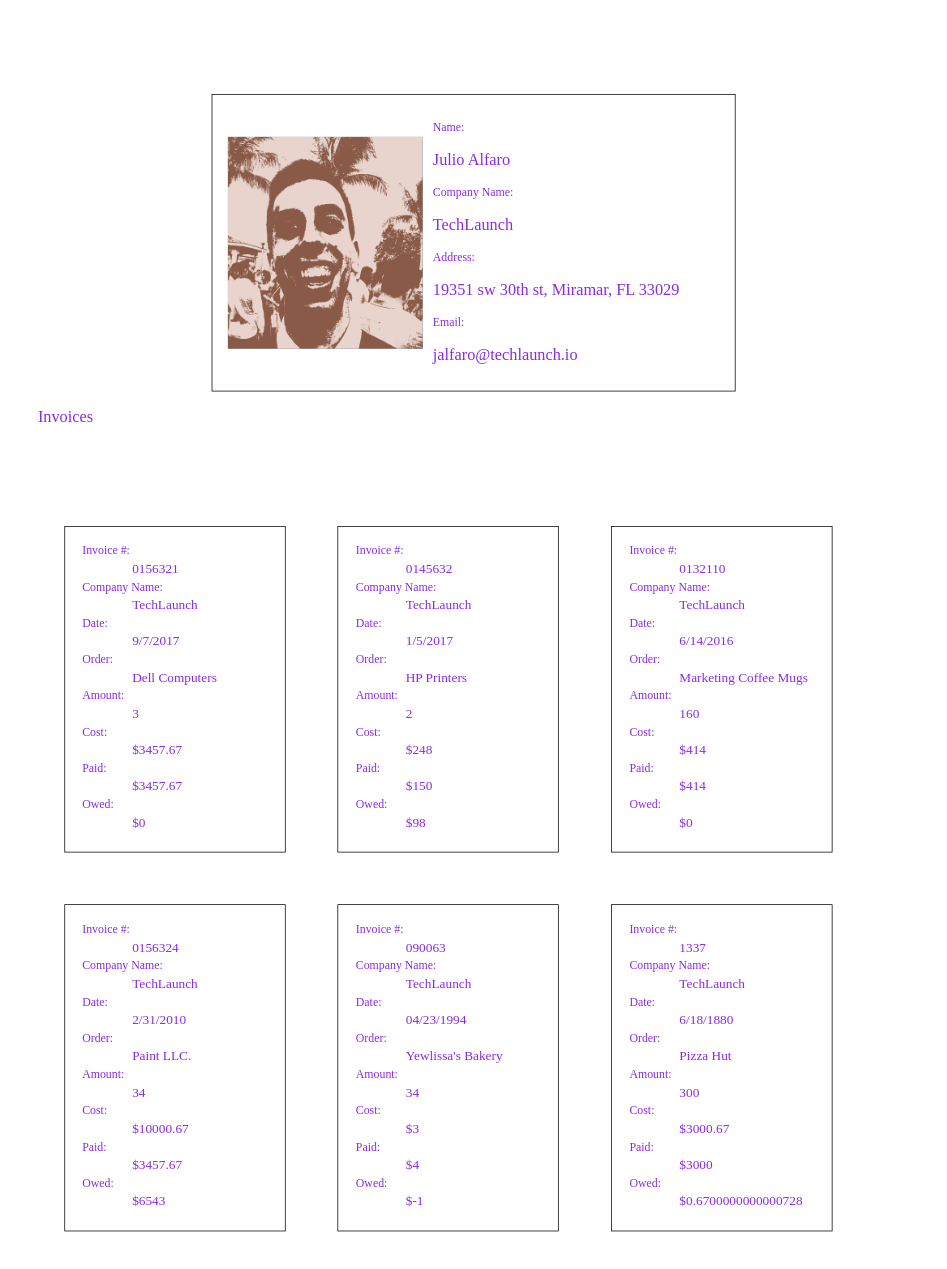
Repository: Juliolikescoding/WEB1100_invoice_app
Page: index.html
These files come from the project's save history. The page is drawn as it stood at one moment and after the next save; the edit follows.
The browser window is 1280 px wide. The pictures show the whole page, at 74% of full size.
Some web fonts or font styles are not loaded; a fallback is used.

Above is the page before, as saved 2018-05-17 19:38:13.

After the next save:
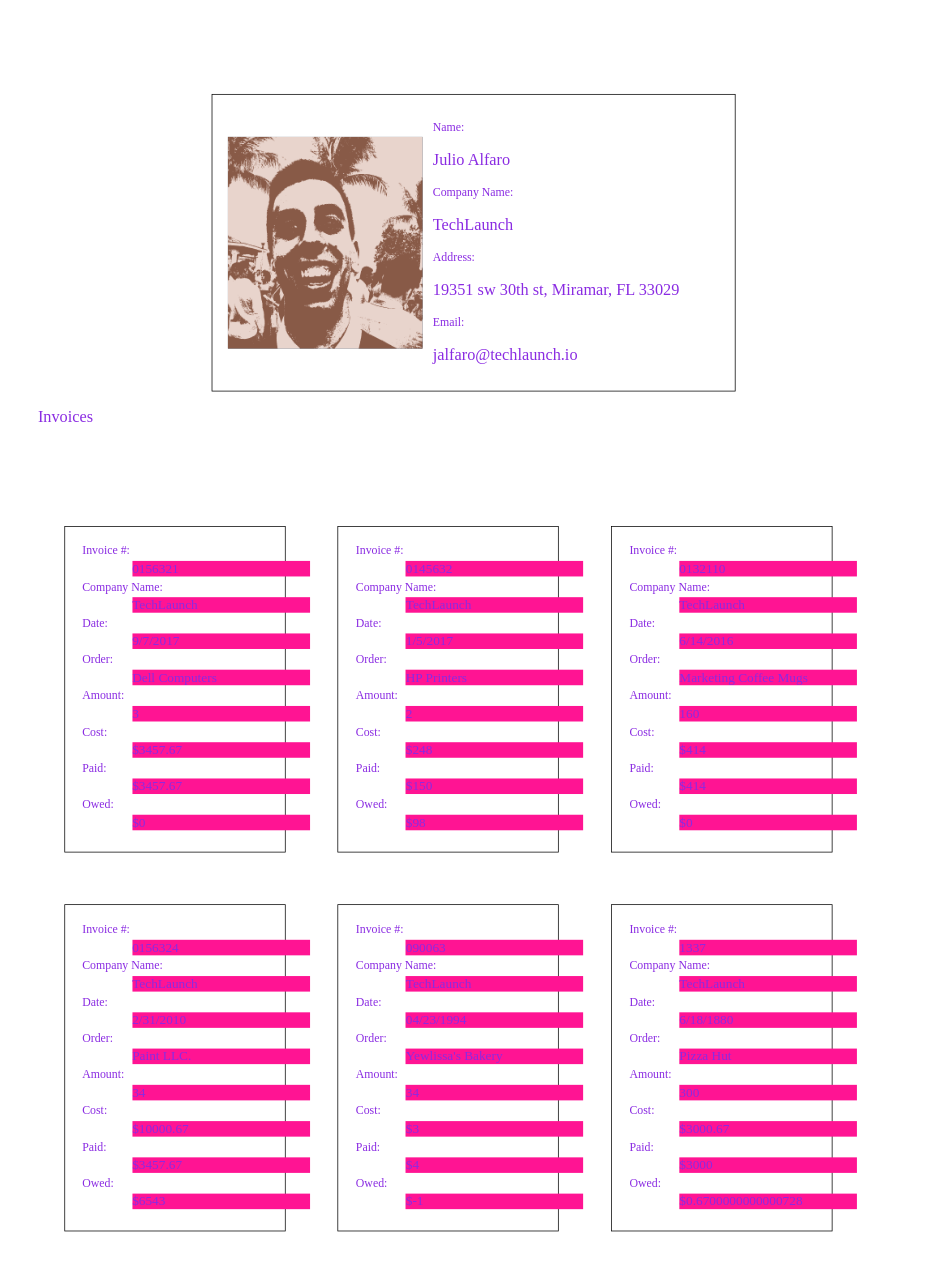
Saved 2 min 2 s later.
--- a/index.html
+++ b/index.html
@@ -65,6 +65,7 @@
             margin: 5px;
             left: 25%;
             font-size: 18px;
+            background-color:deeppink;   /* change 2 */
         }
     </style>
 </head>
